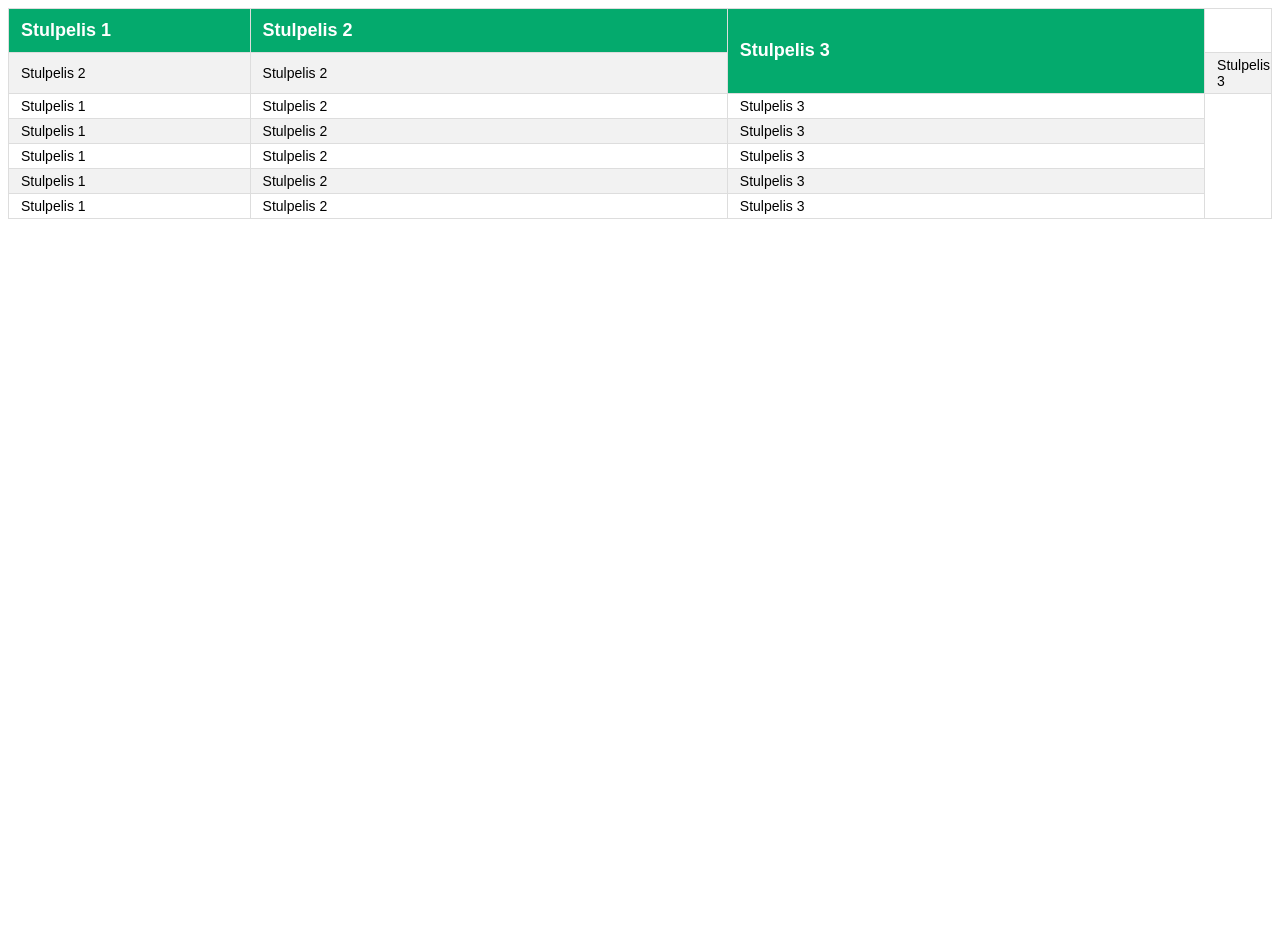
Repository: motiejus1/10-paskaita-05.31
Page: index.html
These files come from the project's save history. The page is drawn as it stood at one moment and after the next save; the edit follows.
The browser window is 1280 px wide. The pictures show the part of the page from y = 0 to 952 px (the page is 3227 px tall before and 3211 px after).
Backgrounds fixed to the window are drawn as part of the page.

Above is the page before, as saved 2021-06-16 20:35:24.

After the next save:
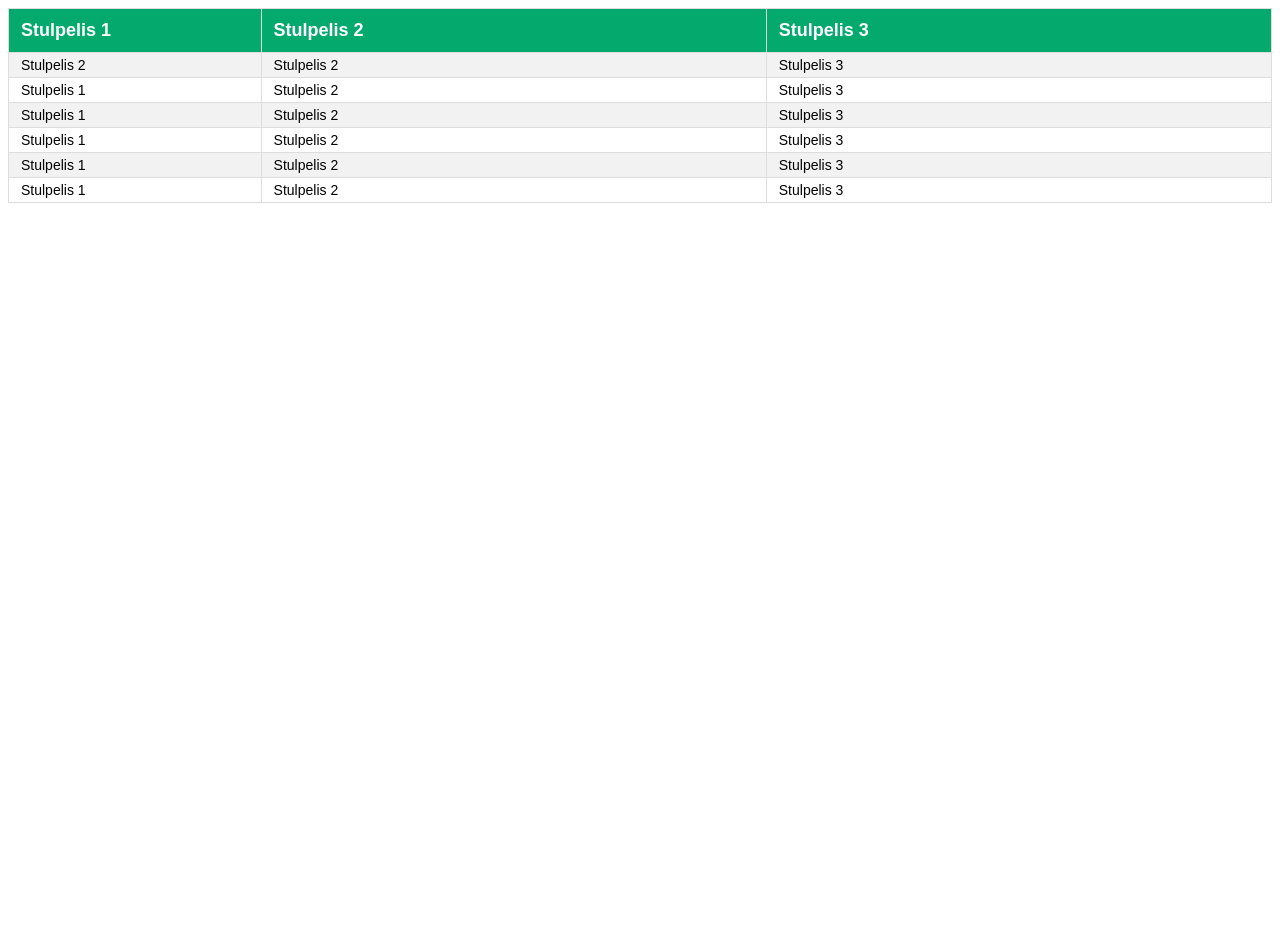
Saved 4 s later.
--- a/index.html
+++ b/index.html
@@ -114,7 +114,7 @@
         <tr>
             <th class="col-20">Stulpelis 1</th>
             <th class="col-40">Stulpelis 2</th>
-            <th class="col-40" rowspan="2">Stulpelis 3</th>
+            <th class="col-40">Stulpelis 3</th>
         </tr>
         <tr>
             <td>
